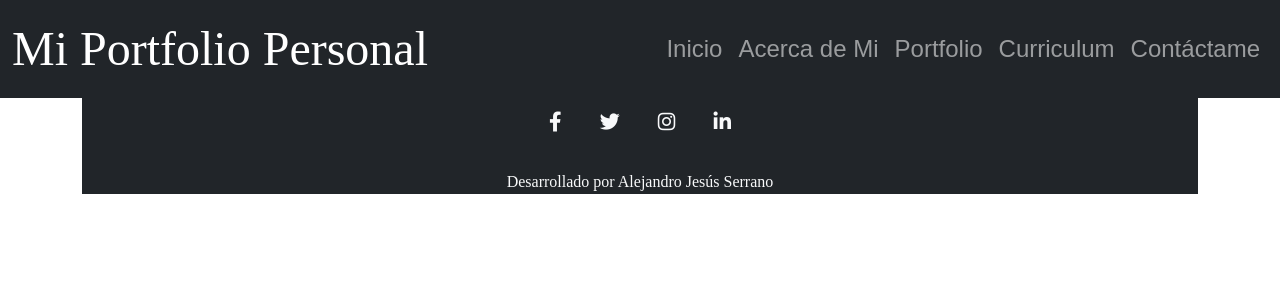
Repository: AlejandroJesusSerrano/portfolio
Page: portfolio/core/templates/core/base.html
These files come from the project's save history. The page is drawn as it stood at one moment and after the next save; the edit follows.
The browser window is 1280 px wide. The pictures show the whole page.
Some web fonts or font styles are not loaded; a fallback is used. The template is drawn by Django 4.2. The application's start-up code is not run. The template is opened directly, without the code that normally fills it, so the values that code supplies are empty.

Above is the page before, as saved 2023-09-06 08:29:44.

After the next save:
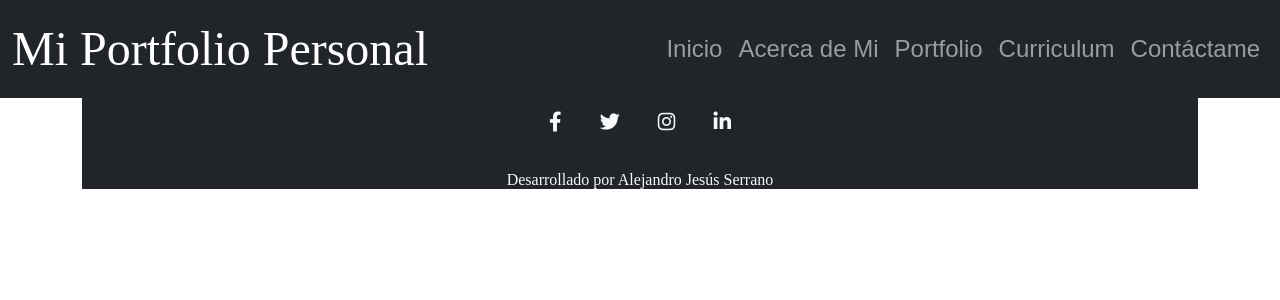
Saved 11 s later.
--- a/portfolio/core/templates/core/base.html
+++ b/portfolio/core/templates/core/base.html
@@ -68,7 +68,7 @@
       <section>
         <div class="container">
           <div>
-            <p class="develop">Desarrollado por Alejandro Jesús Serrano</p>
+            <h5 class="develop">Desarrollado por Alejandro Jesús Serrano</h5>
           </div>
         </div>
       </section>
